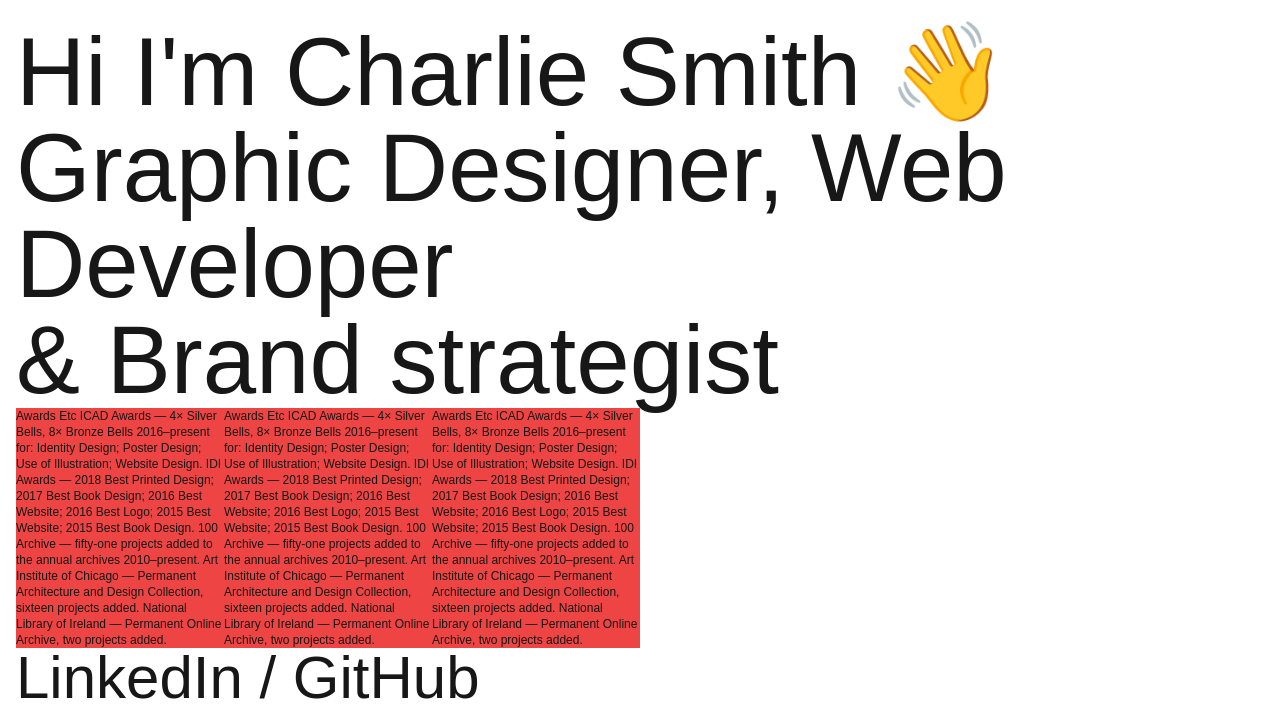
Repository: charlehs/portfolio
Page: /
An editor plug-in stored every save of this project. The page is shown before and after a run of saves, followed by the edit.
The browser window is 1280 px wide. The pictures show the whole page.
The project was rebuilt for these pictures with package versions that can differ from the ones it lists, and the page was loaded fresh each time. The framework's server and built-in components were replaced by stand-ins that run in the browser. Also part of the build but not shown: next.config.ts.

Above is the page before, as saved 2025-01-02 16:58:16.

### app/layout.tsx
import type { Metadata } from "next";
import localFont from "next/font/local";
import Nav from "./components/Nav";
import "./globals.css";

const geistSans = localFont({
  src: "./fonts/GeistVF.woff",
  variable: "--font-geist-sans",
  weight: "100 900",
});
const geistMono = localFont({
  src: "./fonts/GeistMonoVF.woff",
  variable: "--font-geist-mono",
  weight: "100 900",
});

export const metadata: Metadata = {
  title: "Create Next App",
  description: "Generated by create next app",
};

export default function RootLayout({
  children,
}: Readonly<{
  children: React.ReactNode;
}>) {
  return (
    <html lang="en">
      <body
        className={`${geistSans.variable} ${geistMono.variable} antialiased`}
      >
        {/* <Nav /> */}
        {children}
      </body>
    </html>
  );
}

### app/page.tsx
import Image from "next/image";

export default function Home() {
  return (
    <div className="px-4 py-6 flex flex-col justify-between h-screen ">
      <main className=" ">
        <p className=" text-8xl">
          Hi I'm Charlie Smith 👋
          <br />{" "}
          <span>
            Graphic Designer, Web Developer
            <br /> & Brand strategist
          </span>
        </p>
        <div className="grid grid-cols-3 bg-red-500 text-xs max-w-[50%]">
          <p>
            Awards Etc ICAD Awards — 4× Silver Bells, 8× Bronze Bells
            2016–present for: Identity Design; Poster Design; Use of
            Illustration; Website Design. IDI Awards — 2018 Best Printed Design;
            2017 Best Book Design; 2016 Best Website; 2016 Best Logo; 2015 Best
            Website; 2015 Best Book Design. 100 Archive — fifty-one projects
            added to the annual archives 2010–present. Art Institute of Chicago
            — Permanent Architecture and Design Collection, sixteen projects
            added. National Library of Ireland — Permanent Online Archive, two
            projects added.
          </p>
          <p>
            Awards Etc ICAD Awards — 4× Silver Bells, 8× Bronze Bells
            2016–present for: Identity Design; Poster Design; Use of
            Illustration; Website Design. IDI Awards — 2018 Best Printed Design;
            2017 Best Book Design; 2016 Best Website; 2016 Best Logo; 2015 Best
            Website; 2015 Best Book Design. 100 Archive — fifty-one projects
            added to the annual archives 2010–present. Art Institute of Chicago
            — Permanent Architecture and Design Collection, sixteen projects
            added. National Library of Ireland — Permanent Online Archive, two
            projects added.
          </p>
          <p>
            Awards Etc ICAD Awards — 4× Silver Bells, 8× Bronze Bells
            2016–present for: Identity Design; Poster Design; Use of
            Illustration; Website Design. IDI Awards — 2018 Best Printed Design;
            2017 Best Book Design; 2016 Best Website; 2016 Best Logo; 2015 Best
            Website; 2015 Best Book Design. 100 Archive — fifty-one projects
            added to the annual archives 2010–present. Art Institute of Chicago
            — Permanent Architecture and Design Collection, sixteen projects
            added. National Library of Ireland — Permanent Online Archive, two
            projects added.
          </p>
        </div>
      </main>
      <footer className=" ">
        <p className=" text-6xl">LinkedIn / GitHub</p>
      </footer>
    </div>
  );
}

### app/globals.css
@tailwind base;
@tailwind components;
@tailwind utilities;

:root {
  --background: #ffffff;
  --foreground: #171717;
}

@media (prefers-color-scheme: dark) {
  :root {
    --background: #0a0a0a;
    --foreground: #ededed;
  }
}

body {
  color: var(--foreground);
  background: var(--background);
  font-family: Arial, Helvetica, sans-serif;
}

@font-face {
  font-family: "Harmond";
  src: url("/fonts/Harmond-SemiBoldCondensed.otf") format("opentype");
  font-weight: 600; /* Regular */
  font-style: normal;
}

@font-face {
  font-family: "Harmond";
  src: url("/fonts/Harmond-SemBdItaCond.otf") format("opentype");
  font-weight: 600; /* Bold */
  font-style: italic;
}
@font-face {
  font-family: "Harmond";
  src: url("/fonts/Harmond-ExtraBoldExpanded.otf") format("opentype");
  font-weight: 800; /* Bold */
  font-style: normal;
}

.harmond-text {
  font-family: "Harmond", sans-serif;
}

.extra-bold {
  font-family: "Harmond", sans-serif;
  font-weight: 800;
  font-style: normal;
}

Loaded but not shown: tailwind.config.ts (common file)

After the next 2 saves:
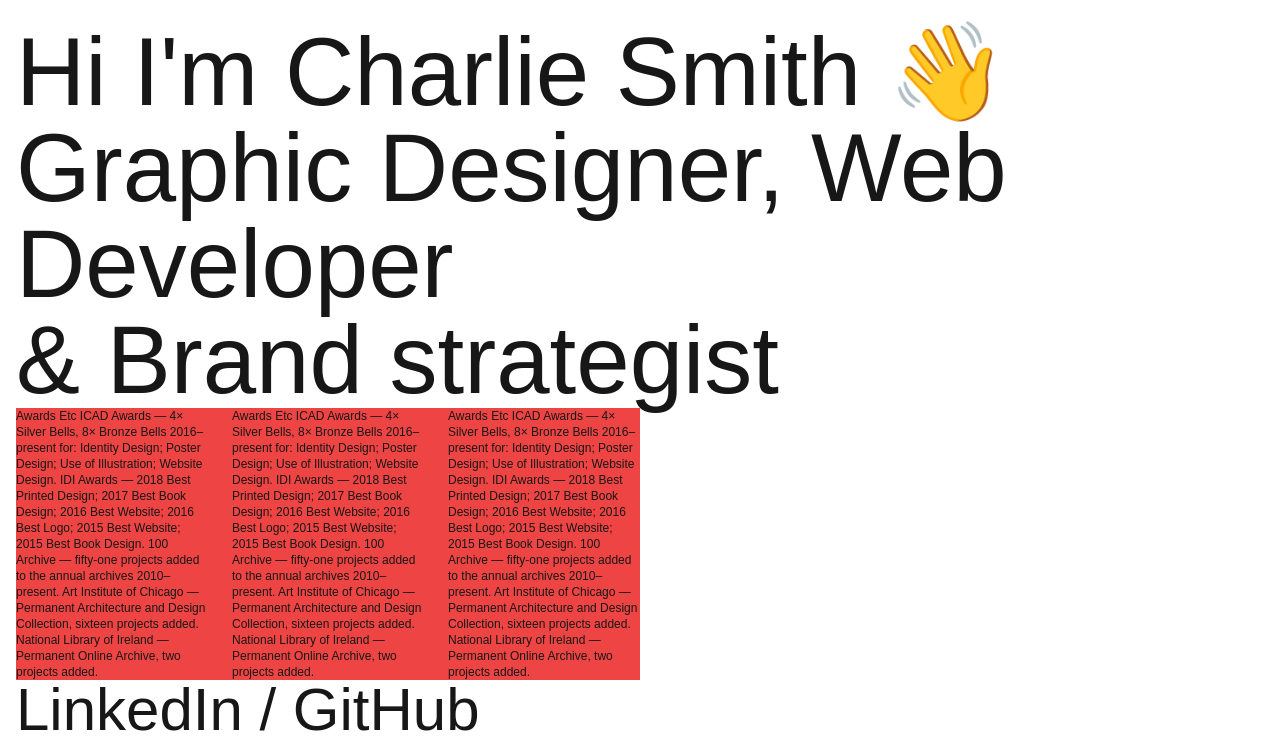
The 2 saves are shown as one change because they came seconds apart.
The last was saved 38 s later.
--- a/app/page.tsx
+++ b/app/page.tsx
@@ -12,7 +12,7 @@ export default function Home() {
             <br /> & Brand strategist
           </span>
         </p>
-        <div className="grid grid-cols-3 bg-red-500 text-xs max-w-[50%]">
+        <div className="grid grid-cols-3 bg-red-500 text-xs max-w-[50%] gap-6">
           <p>
             Awards Etc ICAD Awards — 4× Silver Bells, 8× Bronze Bells
             2016–present for: Identity Design; Poster Design; Use of
